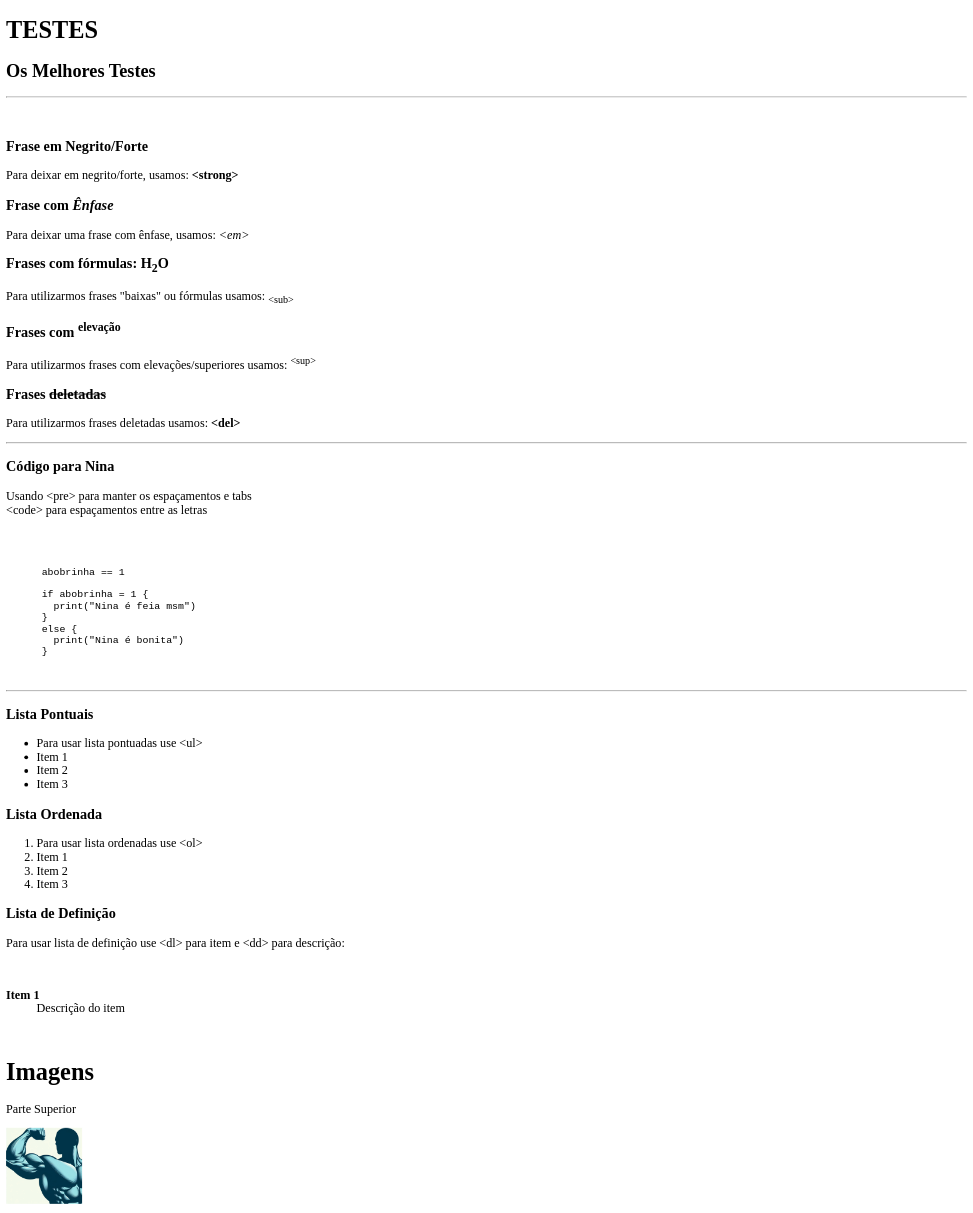
Repository: LuidyOn/Site_Forca_Total
Page: ForçaTotal/teste.html
The author's editor kept a copy of each file at every save. The page is drawn from the files as they stood at one save, then again after a run of saves.
The browser window is 1280 px wide. The pictures show the whole page, at 76% of full size.

Above is the page before, as saved 2025-05-15 14:11:51.

After the next 2 saves:
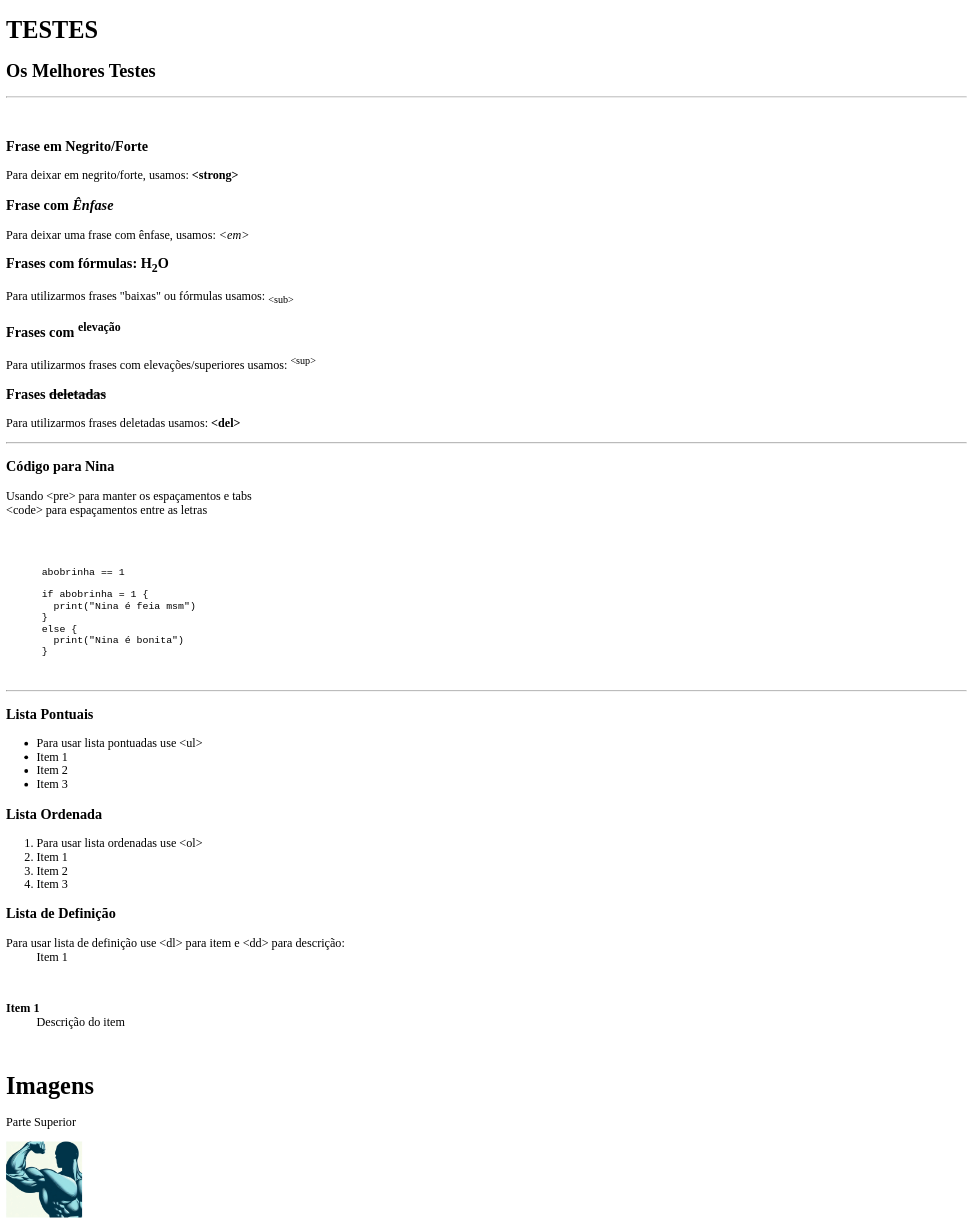
The 2 saves are shown as one change because they came seconds apart.
The last was saved 6 s later.
--- a/ForçaTotal/teste.html
+++ b/ForçaTotal/teste.html
@@ -70,7 +70,7 @@
   <h3>Lista de Definição</h3>
   <dl>
     <dt>Para usar lista de definição use &lt;dl&gt; para item e &lt;dd&gt para descrição:</dt>
-
+    <dd>Item 1</dd>
 
 
     <p><br></p>

After the save that followed:
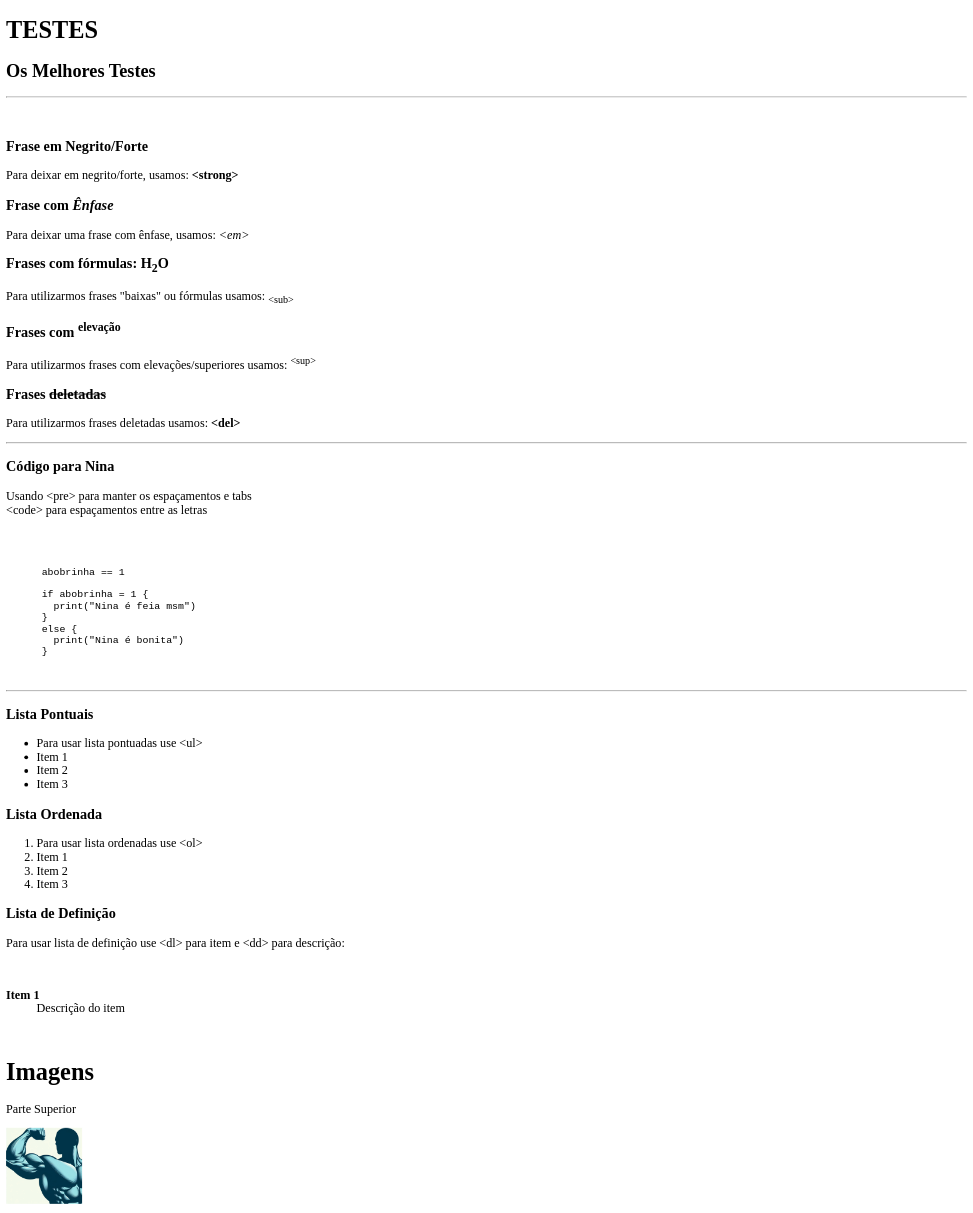
Saved 6 s later.
--- a/ForçaTotal/teste.html
+++ b/ForçaTotal/teste.html
@@ -70,8 +70,6 @@
   <h3>Lista de Definição</h3>
   <dl>
     <dt>Para usar lista de definição use &lt;dl&gt; para item e &lt;dd&gt para descrição:</dt>
-    <dd>Item 1</dd>
-
 
     <p><br></p>
 
